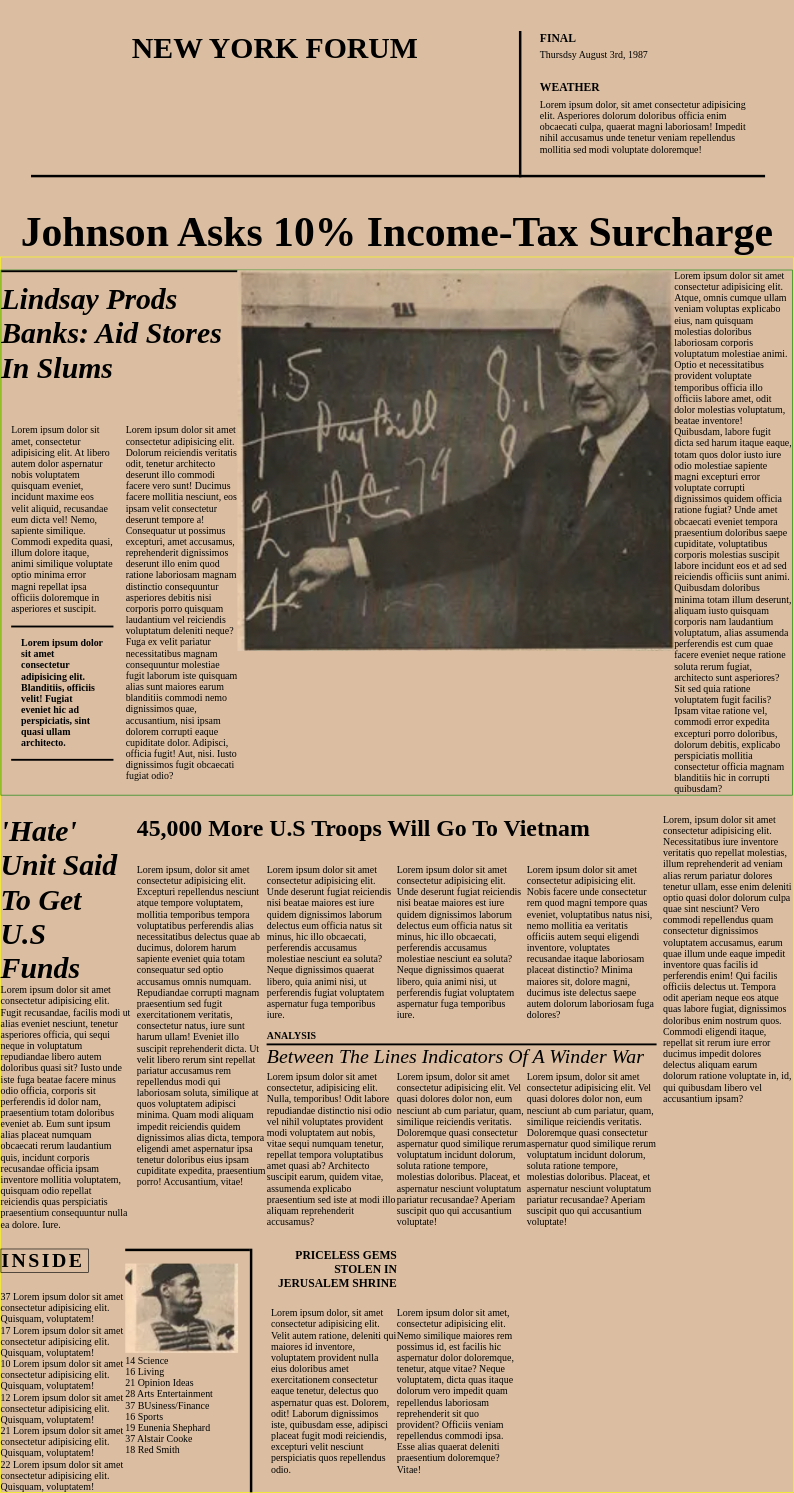
Repository: Arkitecth/newspaper-grid
Page: index.html
These files come from the project's save history. The page is drawn as it stood at one moment and after the next save; the edit follows.
The browser window is 1280 px wide. The pictures show the whole page, at 62% of full size.

Above is the page before, as saved 2023-05-29 22:50:10.

After the next save:
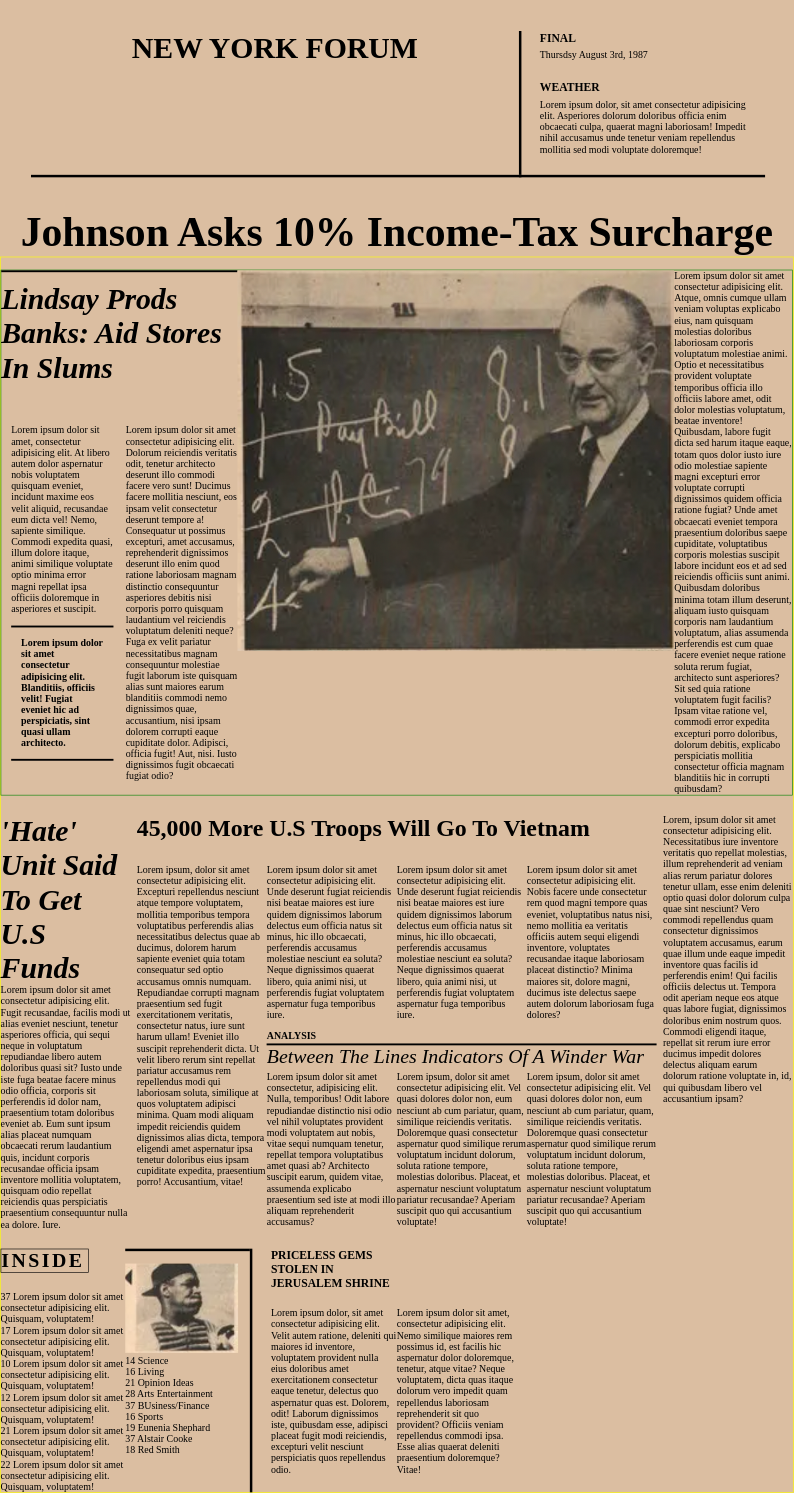
Saved 12 s later.
--- a/styles.css
+++ b/styles.css
@@ -200,5 +200,5 @@
 }
 
 .column-2-row h3 {
-    text-align: right;
-}
+    text-align: left;
+}
